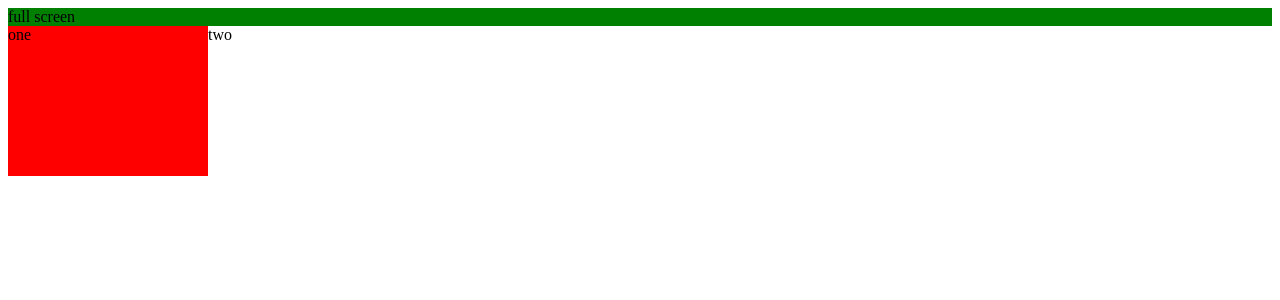
Repository: Seokho96/CSSPractice
Page: css/sample02/WebContent/index4.html
These files come from the project's save history. The page is drawn as it stood at one moment and after the next save; the edit follows.
The browser window is 1280 px wide. The pictures show the whole page.

Above is the page before, as saved 2020-07-13 03:05:14.

After the next save:
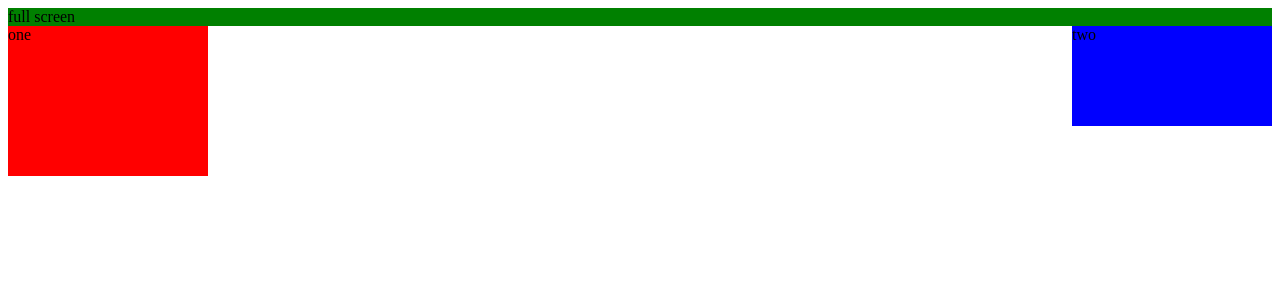
Saved 70 s later.
--- a/css/sample02/WebContent/index4.html
+++ b/css/sample02/WebContent/index4.html
@@ -17,6 +17,12 @@
   height: 150px;
   background-color: red;
   float: left;
+}
+#two{
+  width: 200px;
+  height: 100px;
+ background-color: blue;
+ float: right;
 }
 
 
